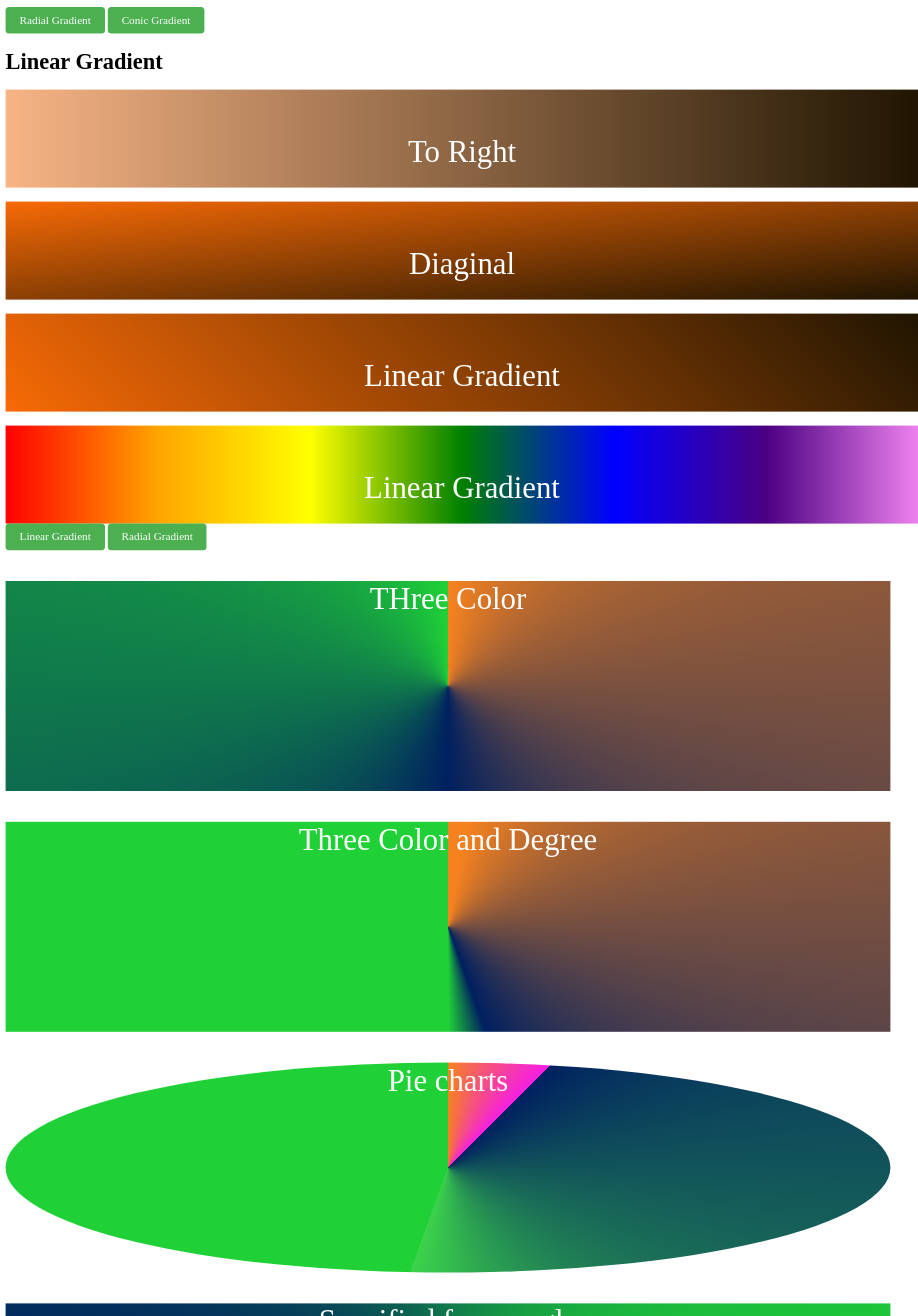
Repository: Pema-yangki/Css
Page: color.html
An editor plug-in stored every save of this project. The page is shown before and after a run of saves, followed by the edit.
The browser window is 1280 px wide. The page is 1312 px wide, so the pictures cover 1312 px, including what lies to the right of the window. The pictures show the part of the page from y = 4620 to 6500 px (the page is 7134 px tall), at 70% of full size.

Above is the page before, as saved 2024-03-27 10:43:20.

After the next 2 saves:
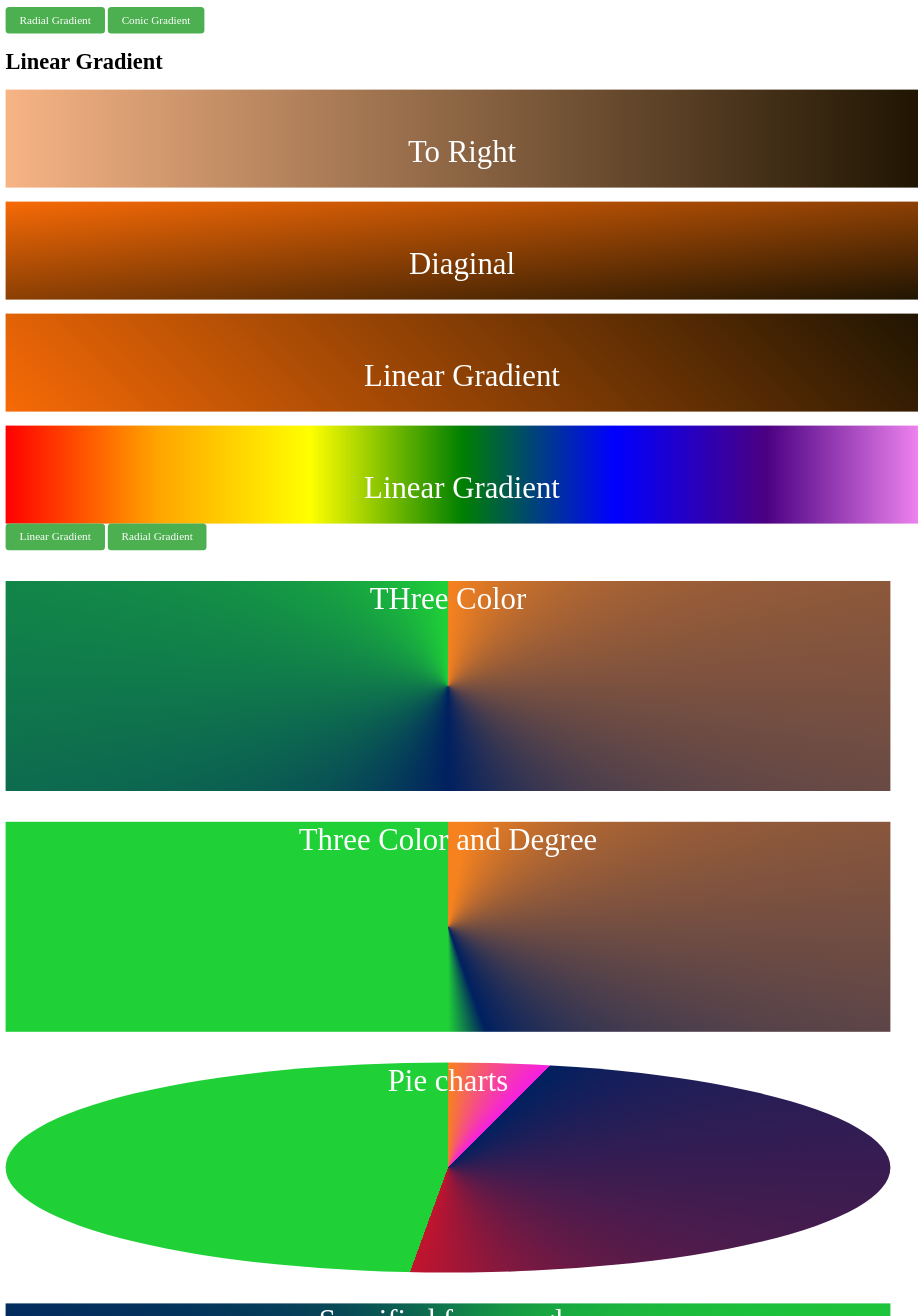
The 2 saves are shown as one change because they came seconds apart.
The last was saved 7 s later.
--- a/color.html
+++ b/color.html
@@ -120,7 +120,7 @@ height: 300px;}
 
 .piechart{
     background-image: conic-gradient(#f6821f
-0deg,#f61fe1 45deg,#002060 45deg,#3cd34b
+0deg,#f61fe1 45deg,#002060 45deg,#c2142e
 200deg,#1fd137 200deg);
 border-radius: 50%;
 height: 300px;
